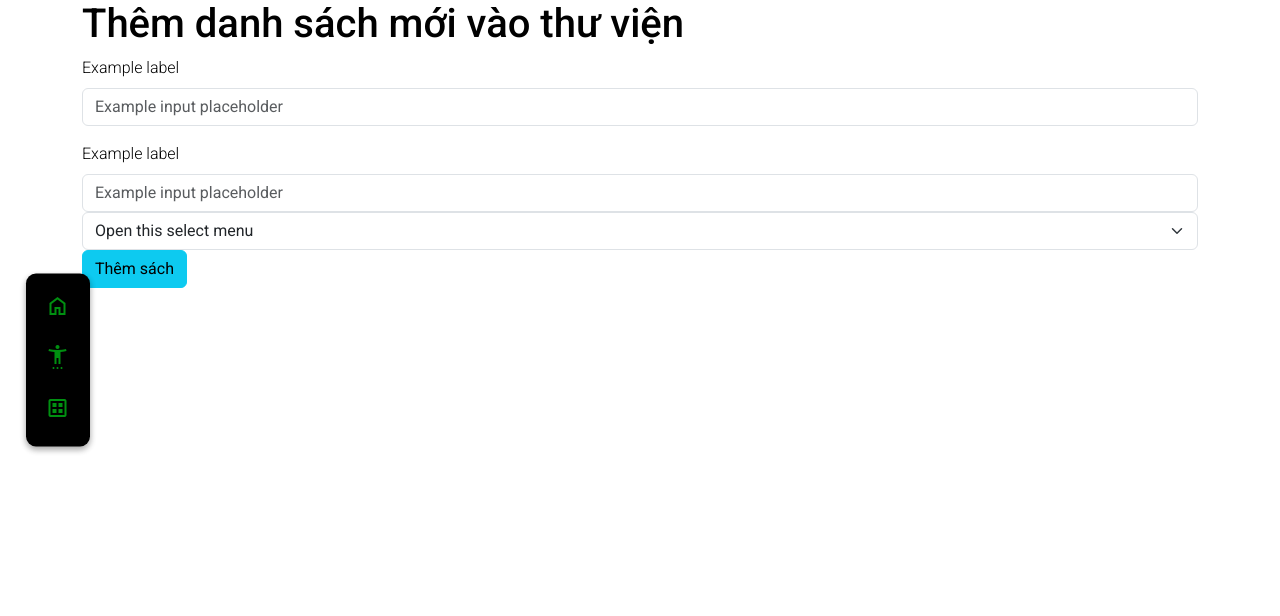
Repository: tuankiet10920/homeworkFEF
Page: /about
An editor plug-in stored every save of this project. The page is shown before and after the next save, followed by the edit.
The browser window is 1280 px wide. The pictures show the whole page.
The project was rebuilt for these pictures with package versions that can differ from the ones it lists, and the page was loaded fresh each time. Also part of the build but not shown: vite.config.js, src/views/HomeView.vue. Imported but missing from the stored project, and not drawn on this page: src/assets/audio/intro.mp3.

Above is the page before, as saved 2024-10-24 11:08:45.

### index.html
<!doctype html>
<html lang="en">
  <head>
    <meta charset="UTF-8" />
    <link rel="icon" href="/favicon.ico" />
    <meta name="viewport" content="width=device-width, initial-scale=1.0" />
    <link
      href="https://cdn.jsdelivr.net/npm/bootstrap@5.3.3/dist/css/bootstrap.min.css"
      rel="stylesheet"
      integrity="sha384-QWTKZyjpPEjISv5WaRU9OFeRpok6YctnYmDr5pNlyT2bRjXh0JMhjY6hW+ALEwIH"
      crossorigin="anonymous"
    />
    <link
      rel="stylesheet"
      href="https://fonts.googleapis.com/css2?family=Material+Symbols+Outlined:opsz,wght,FILL,GRAD@20..48,100..700,0..1,-50..200"
    />
    <link rel="preconnect" href="https://fonts.googleapis.com" />
    <link rel="preconnect" href="https://fonts.gstatic.com" crossorigin />
    <link
      href="https://fonts.googleapis.com/css2?family=Roboto:ital,wght@0,100;0,300;0,400;0,500;0,700;0,900;1,100;1,300;1,400;1,500;1,700;1,900&display=swap"
      rel="stylesheet"
    />
    <title>Vite App</title>
    <link rel="stylesheet" href="./src/assets/css/main.css" />
  </head>
  <body>
    <div id="app"></div>
    <script
      src="https://cdn.jsdelivr.net/npm/bootstrap@5.3.3/dist/js/bootstrap.bundle.min.js"
      integrity="sha384-YvpcrYf0tY3lHB60NNkmXc5s9fDVZLESaAA55NDzOxhy9GkcIdslK1eN7N6jIeHz"
      crossorigin="anonymous"
    ></script>
    <script type="module" src="/src/main.js"></script>
  </body>
</html>

### src/assets/css/main.css
* {
  margin: 0;
  padding: 0;
  box-sizing: border-box;
  text-decoration: none;
  color: #000;
  font-size: 16px;
  font-family: 'Roboto', sans-serif;
  font-weight: 300;
  font-style: normal;
}

### src/App.vue
<script setup>
import { RouterLink, RouterView } from 'vue-router'
import GetSrcImage from './assets/help/getSrcImage.js'
import Icon from './components/Icon.vue'
</script>

<template>
  <header>
    <div class="wrapper">
      <nav>
        <RouterLink to="/">
          <Icon iconName="home" />
        </RouterLink>

        <RouterLink to="/about">
          <Icon iconName="settings_accessibility" />
        </RouterLink>

        <RouterLink to="/labs">
          <Icon iconName="dataset" />
        </RouterLink>
      </nav>
    </div>
  </header>
  <RouterView />
</template>

<style scoped>
.wrapper nav a {
  margin-bottom: 20px;
  width: fit-content;
  text-decoration: none;
}
.wrapper nav a span {
  color: #009011;
}
.wrapper nav a:last-child {
  margin-bottom: 0;
}
nav {
  display: flex;
  flex-direction: column;
  justify-content: center;
  position: absolute;
  top: 50%;
  left: 2%;
  transform: translateY(-50%);
  padding: 20px;
  border-radius: 10px;
  background: #000;
  box-shadow:
    rgba(0, 0, 0, 0.16) 0px 3px 6px,
    rgba(0, 0, 0, 0.23) 0px 3px 6px;
}
</style>

### src/router/index.js
import { createRouter, createWebHistory } from 'vue-router'
import HomeView from '../views/HomeView.vue'

const router = createRouter({
  history: createWebHistory(import.meta.env.BASE_URL),
  routes: [
    {
      path: '/',
      name: 'home',
      component: HomeView,
    },
    {
      path: '/about',
      name: 'about',
      // route level code-splitting
      // this generates a separate chunk (About.[hash].js) for this route
      // which is lazy-loaded when the route is visited.
      component: () => import('../views/AboutView.vue'),
    },
    {
      path: '/labs',
      name: 'labs',
      component: () => import('../views/LabView.vue'),
    }
  ],
})

export default router

### src/assets/help/getSrcImage.js
const getSrcImage = (image) => {
    let __path = 'http://localhost:5173/src/assets/img/'
    return __path + image
}
export default getSrcImage

### src/components/Icon.vue
<script setup>
const props = defineProps(['iconName'])
</script>
<template>
  <span class="material-symbols-outlined"> {{ props.iconName }} </span>
</template>
<style scoped></style>

### src/views/AboutView.vue
<script setup>
import Bai1 from '../Labs/Lab4/Bai1.vue'
</script>
<template>
  <Bai1 />
</template>

<style></style>

### src/Labs/Lab4/Bai1.vue
<script setup></script>
<template>
  <div class="container">
    <form>
      <h1>Thêm danh sách mới vào thư viện</h1>
      <div class="mb-3">
        <label for="formGroupExampleInput" class="form-label"
          >Example label</label
        >
        <input
          type="text"
          class="form-control"
          id="formGroupExampleInput"
          placeholder="Example input placeholder"
        />
      </div>
      <div class="mb-3">
        <label for="formGroupExampleInput" class="form-label"
          >Example label</label
        >
        <input
          type="text"
          class="form-control"
          id="formGroupExampleInput"
          placeholder="Example input placeholder"
        />
        <select class="form-select" aria-label="Default select example">
          <option selected>Open this select menu</option>
          <option value="1">One</option>
          <option value="2">Two</option>
          <option value="3">Three</option>
        </select>
        <button type="button" class="btn btn-info">Thêm sách</button>
      </div>
    </form>
  </div>
</template>
<style scoped></style>

Loaded but not shown: src/main.js (common file)

After the next save:
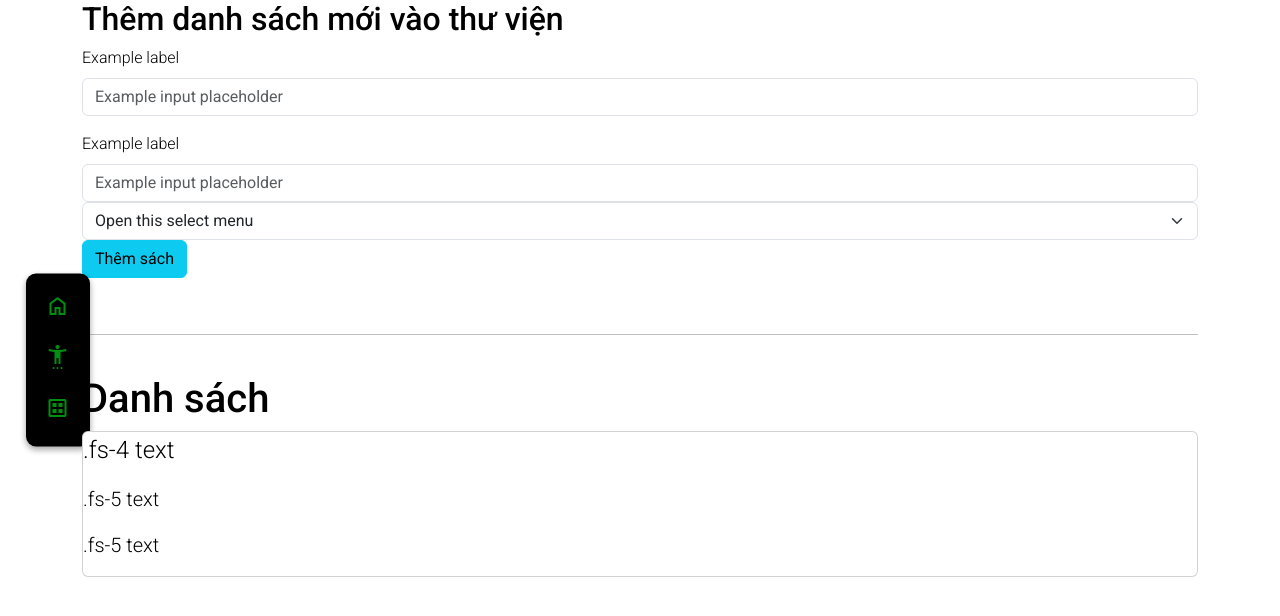
Saved 3 min 53 s later.
--- a/src/Labs/Lab4/Bai1.vue
+++ b/src/Labs/Lab4/Bai1.vue
@@ -2,7 +2,7 @@
 <template>
   <div class="container">
     <form>
-      <h1>Thêm danh sách mới vào thư viện</h1>
+      <h2>Thêm danh sách mới vào thư viện</h2>
       <div class="mb-3">
         <label for="formGroupExampleInput" class="form-label"
           >Example label</label
@@ -33,6 +33,15 @@
         <button type="button" class="btn btn-info">Thêm sách</button>
       </div>
     </form>
+    <br />
+    <hr />
+    <br />
+    <h1>Danh sách</h1>
+    <div class="card">
+      <p class="fs-4">.fs-4 text</p>
+      <p class="fs-5">.fs-5 text</p>
+      <p class="fs-5">.fs-5 text</p>
+    </div>
   </div>
 </template>
 <style scoped></style>
